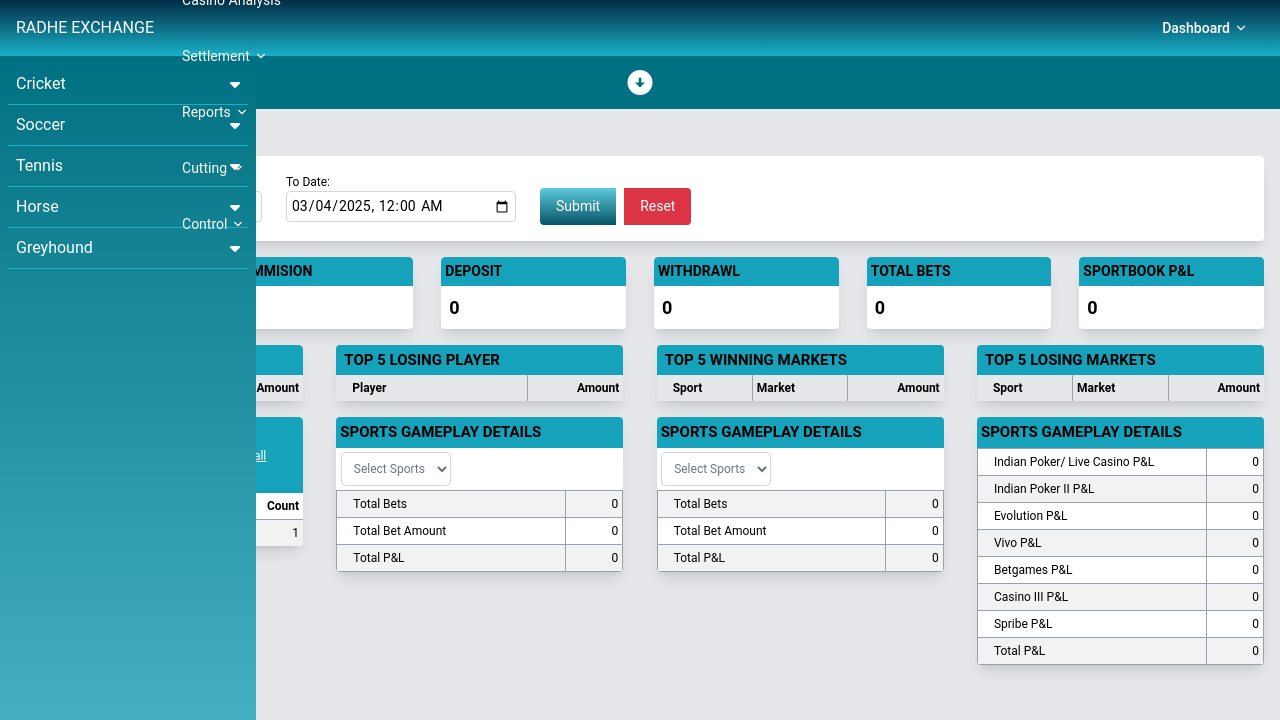
Repository: Habeebur1493/Radhe-Exchange
Page: /dashboard (app in frontend/)
The author's editor kept a copy of each file at every save. The page is drawn from the files as they stood at one save, then again after the next save.
The browser window is 1280 px wide. The pictures show the whole page.
Some web libraries are served in a nearby version. The project was rebuilt for these pictures with package versions that can differ from the ones it lists, and the page was loaded fresh each time. Also part of the build but not shown: frontend/vite.config.js, frontend/src/components/login.jsx, frontend/src/components/Register.jsx.

Above is the page before, as saved 2025-03-05 11:48:33.

### frontend/index.html
<!doctype html>
<html lang="en">
  <head>
    <meta charset="UTF-8" />
    <meta name="viewport" content="width=device-width, initial-scale=1.0" />
    <link
    href="https://cdn.jsdelivr.net/npm/remixicon@4.5.0/fonts/remixicon.css"
    rel="stylesheet"
/>
<link rel="stylesheet" href="https://cdnjs.cloudflare.com/ajax/libs/font-awesome/6.7.2/css/all.min.css" integrity="sha512-Evv84Mr4kqVGRNSgIGL/F/aIDqQb7xQ2vcrdIwxfjThSH8CSR7PBEakCr51Ck+w+/U6swU2Im1vVX0SVk9ABhg==" crossorigin="anonymous" referrerpolicy="no-referrer" />
    <title>Radheexch | Admin</title>

  </head>
  <body>
    <div id="root"></div>
    <script type="module" src="/src/main.jsx"></script>
  </body>
</html>

### frontend/src/App.jsx
import React from "react";
import "./App.css";
import { Navigate, Routes, Route } from "react-router-dom";
import Login from "./components/login";
import Register from "./components/Register";
import Dashboard from "./components/dashboard";

const App = () => {
  return (
    <div>
      <Routes>
        <Route path="/" element={<Navigate to="/login" />} />
        <Route path="/login" element={<Login />} />
        <Route path="/register" element={<Register />} />
        <Route path="/dashboard" element={<Dashboard />} />
      </Routes>
    </div>
  );
};

export default App;

### frontend/src/App.css
@import "tailwindcss";

@import url('https://fonts.googleapis.com/css2?family=Roboto:ital,wght@0,100..900;1,100..900&display=swap');

:root {
    --primary-background: linear-gradient(#022d45, #18b0c7);
    --secondary-background: linear-gradient(#5dcbde, #075366);
    --tertiary-background: linear-gradient(#007182, #4ab4c7);
    --four-background: linear-gradient(#075366, #5dcbde);
}

.main{
    background: var(--primary-background);
    font-family: "Roboto", sans-serif;
}

.btn{
    background: var(--secondary-background);
    font-family: "Roboto", sans-serif;
}

nav{
    background: var(--primary-background);
    font-family: "Roboto", sans-serif;
    font-size: 14px;
}
.dashboard{
    font-family: "Roboto", sans-serif;
    font-size: 14px;
}

.sidebar{
    background: var(--tertiary-background);
    font-family: "Roboto", sans-serif;
    font-size: 14px;
}
.btn1{
    background: var(--secondary-background);
    font-family: "Roboto", sans-serif;
    transition: all 0.3s ease-in-out;
}
.btn1:hover{
    background: var(--four-background);
}

.dash{
    font-family: "Roboto", sans-serif;
    font-size: 14px;
}

### frontend/src/components/dashboard.jsx
import React, { useState } from "react";
import { ChevronDown } from "lucide-react";
import Sidebar from "./Sidebar";
import DashContent from "./DashContent";

const Dashboard = () => {
  const [isDropdownOpen, setIsDropdownOpen] = useState(false);
  const [isOpen, setIsOpen] = useState(false);

  return (
    <div className="dashboard min-h-screen bg-gray-200 overflow-x-hidden">
      {/* Navbar */}
      <nav className="bg-[--primary-background] text-white flex items-center h-14 px-4 shadow-md  ">
  <Sidebar />
  <h1 className="text-[10px] lg:text-[16px]">RADHE EXCHANGE</h1>
  {/* Navbar Links (Now Closer to H1) */}
  <div className="ml-6 flex items-center">
    <ul className="hidden lg:block md:flex space-x-3">
      {["Dashboard", "Clients", "Sport Analysis", "Casino Analysis"].map(
        (item) => (
          <li key={item}>
            <a
              href="#"
              className="h-14 flex items-center px-1 hover:bg-[#18b0c7] transition-all duration-200 ease-in-out"
            >
              {item}
            </a>
          </li>
        )
      )}

      {/* Dropdown Menus */}
      {["Settlement"].map((item) => (
        <li key={item} className="relative group lg:block hidden">
          <button className="h-14 flex items-center px-1 hover:bg-[#18b0c7] transition-all duration-200 ease-in-out">
            {item}
            <ChevronDown size={14} className="ml-1" />
          </button>

          {/* Dropdown - Show on Hover but only inside the navbar */}
          <div className="absolute left-0 mt-0 w-40 bg-[#16a2ba] text-white opacity-0 invisible group-hover:opacity-100 group-hover:visible transition-all duration-200 ease-in-out">
            <a
              href="#"
              className="block px-4 py-2 hover:bg-[#107a8d] border-b border-gray-500"
            >
              User
            </a>
            <a href="#" className="block px-4 py-2 hover:bg-[#107a8d]">
              Master
            </a>
          </div>
        </li>
      ))}
      {/* Dropdown Menus */}
      {["Reports"].map((item) => (
        <li key={item} className="relative group lg:block hidden">
          <button className="h-14 flex items-center px-1 hover:bg-[#18b0c7] transition-all duration-200 ease-in-out">
            {item}
            <ChevronDown size={14} className="ml-1" />
          </button>

          {/* Dropdown - Show on Hover */}
          <div className="absolute left-0 mt-0 w-40 bg-[#16a2ba] text-white opacity-0 invisible group-hover:opacity-100 group-hover:visible transition-all duration-200 ease-in-out">
            <a
              href="#"
              className="block px-4 py-2 hover:bg-[#107a8d] border-b-1 border-gray-500"
            >
              User Detail
            </a>
            <a
              href="#"
              className="block px-4 py-2 hover:bg-[#107a8d] border-b-1 border-gray-500"
            >
              Account Satatement
            </a>
            <a
              href="#"
              className="block px-4 py-2 hover:bg-[#107a8d]  border-b-1 border-gray-500"
            >
              Settlement/Balance Report
            </a>
            {/* More Report Links */}
          </div>
        </li>
      ))}
      {/* Dropdown Menus */}
      {["Cutting"].map((item) => (
        <li key={item} className="relative group lg:block hidden">
          <button className="h-14 flex items-center px-1 hover:bg-[#18b0c7] transition-all duration-200 ease-in-out">
            {item}
            <ChevronDown size={14} className="ml-1" />
          </button>

          {/* Dropdown - Show on Hover */}
          <div className="absolute left-0 mt-0 w-40 bg-[#16a2ba] text-white opacity-0 invisible group-hover:opacity-100 group-hover:visible transition-all duration-200 ease-in-out">
            <a
              href="#"
              className="block px-4 py-2 hover:bg-[#107a8d]  border-b-1 border-gray-500"
            >
              Agent Master
            </a>
            <a href="#" className="block px-4 py-2 hover:bg-[#107a8d]">
              Cutting History
            </a>
          </div>
        </li>
      ))}
      {/* Dropdown Menus */}
      {["Control"].map((item) => (
        <li key={item} className="relative group lg:block hidden">
          <button className="h-14 flex items-center px-1 hover:bg-[#18b0c7] transition-all duration-200 ease-in-out">
            {item}
            <ChevronDown size={14} className="ml-1" />
          </button>

          {/* Dropdown - Show on Hover */}
          <div className="absolute left-0 mt-0 w-40 bg-[#16a2ba] text-white opacity-0 invisible group-hover:opacity-100 group-hover:visible transition-all duration-200 ease-in-out">
            <a
              href="#"
              className="block px-4 py-2 hover:bg-[#107a8d]  border-b-1 border-gray-500"
            >
              Game
            </a>
            <a href="#" className="block px-4 py-2 hover:bg-[#107a8d]">
              Casino
            </a>
          </div>
        </li>
      ))}
    </ul>
  </div>

  {/* Move Dashboard Dropdown to the Right */}
  <div className="ml-auto">
    <ul className="hidden lg:block md:flex text-sm font-medium">
      <li className="relative">
        <button
          onClick={() => setIsDropdownOpen(!isDropdownOpen)}
          className="flex items-center space-x-1 focus:outline-none px-4 h-14"
        >
          <span>Dashboard</span>
          <ChevronDown size={14} />
        </button>

        {/* Dropdown Menu - Shows on Click */}
        {isDropdownOpen && (
        <div className="absolute h-20 right-5 w-42 bg-white text-gray-800 rounded-sm z-50">
        <a href="#" className="block px-4 py-2 hover:bg-[#5dcbde]">
          <span>
            <i className="fa-solid fa-arrow-right-long"></i>
          </span>{" "}
          Change Password
        </a>
        <a href="#" className="block px-4 py-2 hover:bg-[#5dcbde]">
          <span>
            <i className="fa-solid fa-arrow-right-long"></i>
          </span>{" "}
          Log Out
        </a>
      </div>

        )}
      </li>
    </ul>
  </div>
</nav>


      {/* Header */}
      <header className="bg-[#007182] p-1  ">
        {/* Dropdown Toggle */}
        <div
          className="cursor-pointer flex items-center justify-center"
          onClick={() => setIsOpen(!isOpen)}
        >
          <i
            className={`ri-arrow-down-circle-fill text-white lg:text-[30px] text-[20px]  transition-transform ${
              isOpen ? "rotate-180" : ""
            }`}
          ></i>
        </div>

        {/* Dropdown Content */}
        {isOpen && (
          <div className="bg-[#007182] transition-all duration-300 pb-1 px-4">
          <div className="grid grid-cols-2 gap-4 sm:grid-cols-2 lg:flex lg:justify-evenly items-center text-white text-[10px] sm:text-[12px] lg:text-[14px] w-full mr-4">

            <div className="flex flex-col text-center gap-2 w-full sm:w-1/2 lg:w-auto">
              <h4 className="flex justify-between">
                User ID: <span className="ml-2">776demo</span>
              </h4>
              <h4 className="flex justify-between">
                User Type: <span className="ml-2">Admin</span>
              </h4>
            </div>

            <div className="flex flex-col text-center gap-2 w-full sm:w-1/2 lg:w-auto">
              <h4 className="flex justify-evenly">
                Given Bal: <span className="text-[#20fa5e] ml-2">1000.00</span>
              </h4>
              <h4 className="flex justify-evenly">
                Available: <span className="text-[#20fa5e] ml-2">500.00</span>
              </h4>
            </div>

            <div className="flex flex-col text-center gap-2 w-full sm:w-1/2 lg:w-auto">
              <h4 className="flex justify-evenly">
                Up Line: <span className="ml-6">0</span>
              </h4>
              <h4 className="flex justify-evenly">
                Down Line: <span className="ml-2">0</span>
              </h4>
            </div>

            <div className="flex flex-col text-center gap-2 w-full sm:w-1/2 lg:w-auto">
              <h4 className="flex justify-evenly">
                Current P&L: <span className="ml-2">0</span>
              </h4>
              <h4 className="flex justify-evenly">
                Exposure: <span className="ml-8">0</span>
              </h4>
            </div>

            <div className="flex flex-col text-center gap-2 w-full sm:w-1/2 lg:w-auto mb-7 pl-10">
              <h4 className="flex justify-evenly">
                My P&L: <span className="ml-10">0</span>
              </h4>
            </div>

          </div>
        </div>

        )}
      </header>
      <DashContent />
    </div>
  );
};

export default Dashboard;

### frontend/src/components/Sidebar.jsx
import React, { useState } from "react";
import { Link } from "react-router-dom";

const Sidebar = () => {
  const [isOpen, setIsOpen] = useState(false);
  const [dropdowns, setDropdowns] = useState({});
  const [nestedDropdowns, setNestedDropdowns] = useState({});

  const toggleDropdown = (category) => {
    setDropdowns((prev) => ({ ...prev, [category]: !prev[category] }));
  };

  const toggleNestedDropdown = (item) => {
    setNestedDropdowns((prev) => ({ ...prev, [item]: !prev[item] }));
  };

  const menuItems = [
    {
      key: "cricket",
      label: "Cricket",
      items: [
        {
          title: "ICC Champions Trophy",
          subItems: ["India v Australia", "England v South Africa", "South Africa v New Zealand"],
        },
        {
          title: "Women's Premier League",
          subItems: ["Women's Premier League", "Up Warriorz W v Mumbai Indians W", "Gujarat Giants W v Delhi Capitals W"],
        },
        {
          title: "International T20 Masters League",
          subItems: ["Sri Lanka Masters v West Indies Masters", "India Masters v Australia Masters"],
        },
      ],
    },
    {
      key: "soccer",
      label: "Soccer",
      items: [
        {
          title: "League 1",
          subItems: ["Team A v Team B", "Team C v Team D"],
        },
        {
          title: "League 2",
          subItems: ["Match 3", "Match 4"],
        },
      ],
    },
    {
      key: "tennis",
      label: "Tennis",
      items: [
        {
          title: "Grand Slam",
          subItems: ["Final Match", "Semi Final"],
        },
        {
          title: "ATP Finals",
          subItems: ["Quarter Final", "Round of 16"],
        },
      ],
    },
    {
      key: "Horse",
      label: "Horse",
      items: [
        {
          title: "Grand Prix",
          subItems: ["Final Match", "Semi Final"],
        },
        {
          title: "ATP Finals",
          subItems: ["Quarter Final", "Round of 16"],
        },
      ],
    },
    {
      key: "Greyhound",
      label: "Greyhound",
      items: [
        {
          title: "Grand Prix",
          subItems: ["Final Match", "Semi Final"],
        },
        {
          title: "ATP Finals",
          subItems: ["Quarter Final", "Round of 16"],
        },
      ],
    },
  ];

  return (
    <div className="relative">
      {/* Menu Icon */}
      <button
        onClick={() => setIsOpen(!isOpen)}
        className="p-2 text-[14px] lg:text-xl md:hidden" // Show menu icon on mobile only
      >
        <i className="fa-solid fa-bars"></i>
      </button>

      {/* Sidebar */}
      <div
        className={`sidebar fixed top-0 left-0 h-full w-50 lg:w-64 md:w-80 mt-14 bg-[--tertiary-background] text-white transition-transform duration-300 ${
          isOpen ? "translate-x-0" : "-translate-x-full"
        } md:translate-x-0`} // Remove translation on desktop view
      >
        <ul className="p-2 text-[12px] lg:text-[16px]">
          {menuItems.map(({ key, label, items }) => (
            <li key={key} className="cursor-pointer">
              {/* Main Category */}
              <div
                className="flex justify-between items-center w-full p-2 hover:bg-[#5dcbde] transition-all border-b border-[#18b0c7]"
                onClick={() => toggleDropdown(key)}
              >
                {label}{" "}
                <i
                  className={`fa-solid fa-caret-${dropdowns[key] ? "up" : "down"}`}
                ></i>
              </div>

              {/* First-level Dropdown */}
              <ul
                className={`overflow-hidden text-[11px] bg-[#d2dcf7] text-black transition-all duration-300 ${
                  dropdowns[key] ? "max-h-[1000px] opacity-100" : "max-h-0 opacity-0"
                }`}
              >
                {items.map(({ title, subItems }, index) => (
                  <li key={index} className="pl-6 pr-2 py-2">
                    {/* Square Plus/Minus Icon */}
                    <button
                      onClick={() => toggleNestedDropdown(title)}
                      className="mr-2"
                    >
                      <i
                        className={`fa-solid fa-${
                          nestedDropdowns[title] ? "square-minus" : "square-plus"
                        } text-lg`}
                      ></i>
                    </button>
                    {title}

                    {/* Nested Dropdown */}
                    <ul
                      className={`overflow-hidden transition-all duration-300 ${
                        nestedDropdowns[title] ? "max-h-[1000px] opacity-100 pl-6" : "max-h-0 opacity-0"
                      }`}
                    >
                      {subItems.map((subItem, subIndex) => (
                        <li key={subIndex} className="text-black py-1 flex items-center">
                          <i className="fa-solid fa-square-xmark mr-2"></i>
                          <Link to={`/${key}/${title}/${subItem}`} className="cursor-pointer">
                            {subItem}
                          </Link>
                        </li>
                      ))}
                    </ul>
                  </li>
                ))}
              </ul>
            </li>
          ))}
        </ul>
      </div>
    </div>
  );
};

export default Sidebar;

Loaded but not shown: frontend/src/main.jsx (common file); frontend/src/components/DashContent.jsx (344 lines, source omitted)

After the next save:
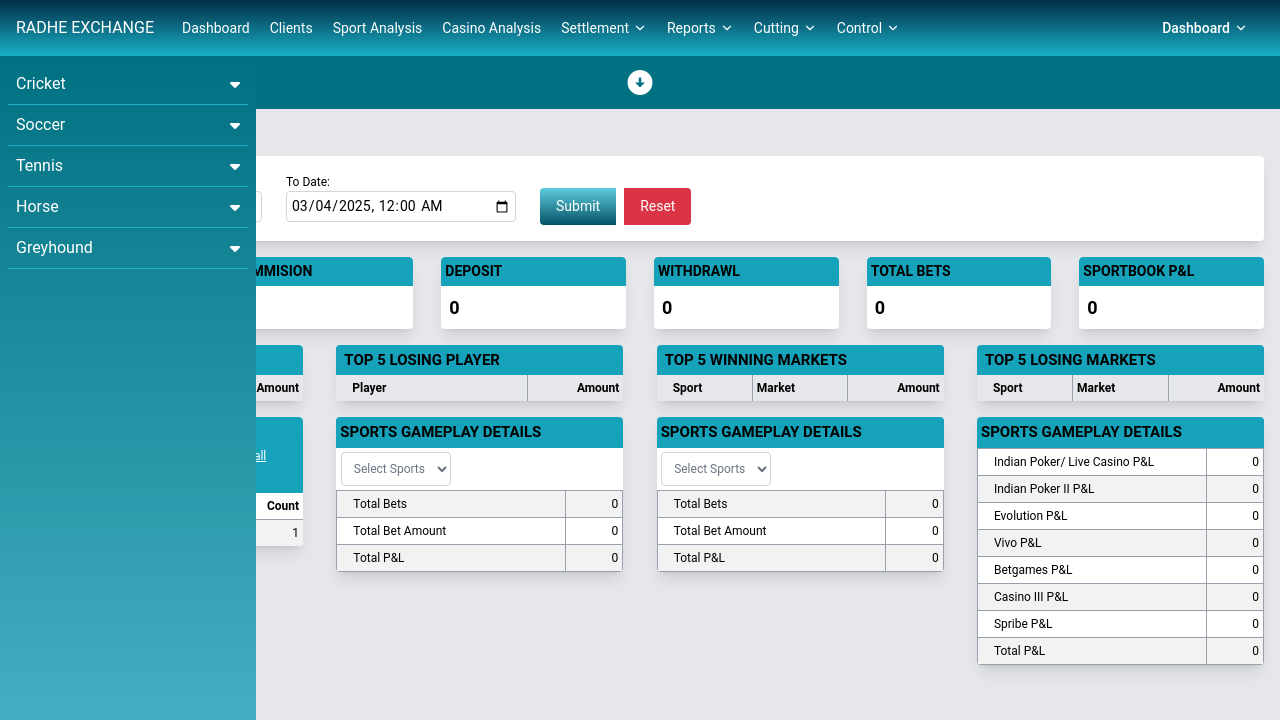
Saved 15 s later.
--- a/frontend/src/components/dashboard.jsx
+++ b/frontend/src/components/dashboard.jsx
@@ -15,7 +15,7 @@ const Dashboard = () => {
   <h1 className="text-[10px] lg:text-[16px]">RADHE EXCHANGE</h1>
   {/* Navbar Links (Now Closer to H1) */}
   <div className="ml-6 flex items-center">
-    <ul className="hidden lg:block md:flex space-x-3">
+    <ul className="hidden  md:flex space-x-3">
       {["Dashboard", "Clients", "Sport Analysis", "Casino Analysis"].map(
         (item) => (
           <li key={item}>
